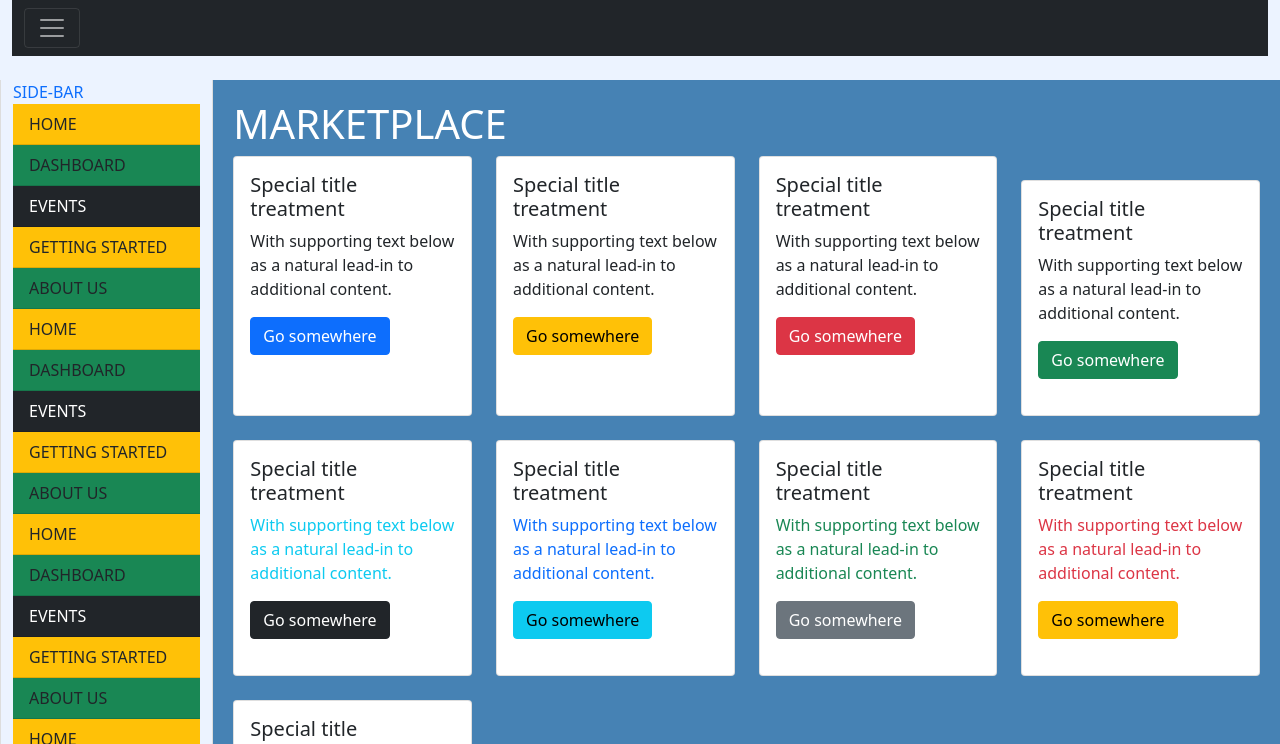
Repository: Dayvid0/BOOTSTRAP-TUTORIALS
Page: cosmos.example.html
The author's editor kept a copy of each file at every save. The page is drawn from the files as they stood at one save, then again after the next save.
The browser window is 1280 px wide. The pictures show the whole page.
An inner scrolling area shows only its first screen.

Above is the page before, as saved 2025-01-29 15:59:37.

After the next save:
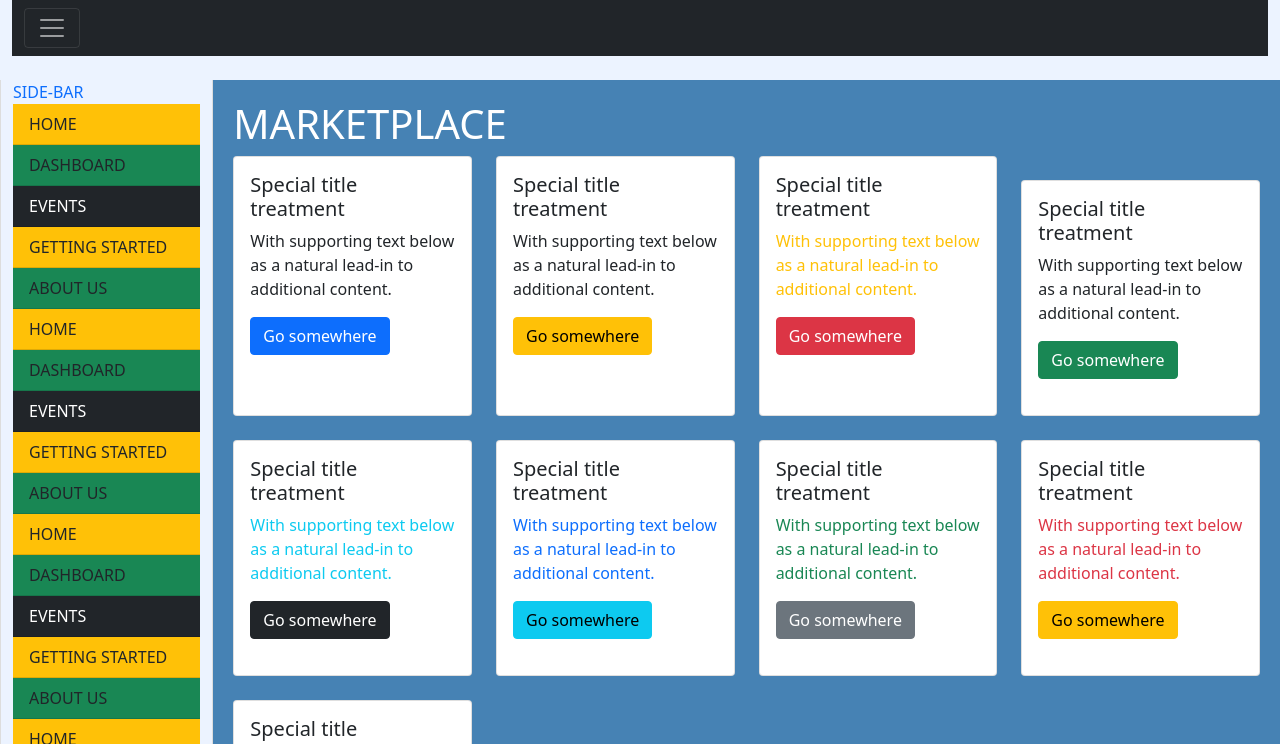
Saved 31 s later.
--- a/cosmos.example.html
+++ b/cosmos.example.html
@@ -111,7 +111,7 @@
               <div class="card">
                 <div class="card-body">
                   <h5 class="card-title">Special title treatment</h5>
-                  <p class="card-text">With supporting text below as a natural lead-in to additional content.</p>
+                  <p class="card-text text-warning">With supporting text below as a natural lead-in to additional content.</p>
                   <a href="#" class="btn  btn-danger">Go somewhere</a>
                 </div>
               </div>
